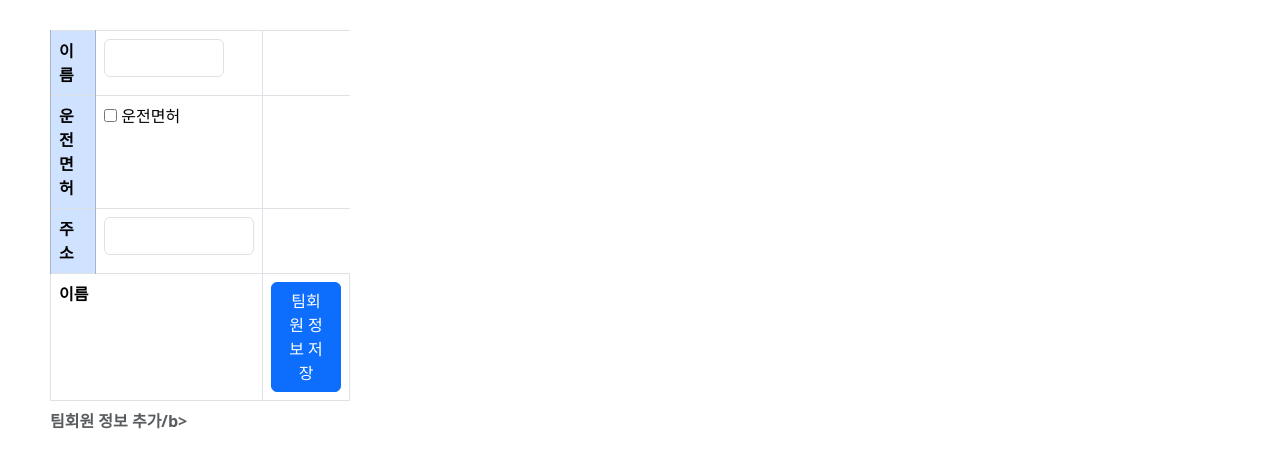
Repository: jini8293/Sist_04
Page: http://localhost/jspProject/team/addForm.jsp
The author's editor kept a copy of each file at every save. The page is drawn from the files as they stood at one save, then again after the next save.
The browser window is 1280 px wide. The pictures show the whole page.
Some web fonts or font styles are not loaded; a fallback is used. The page is served by Tomcat 9.

Above is the page before, as saved 2024-03-06 01:37:38.

After the next save:
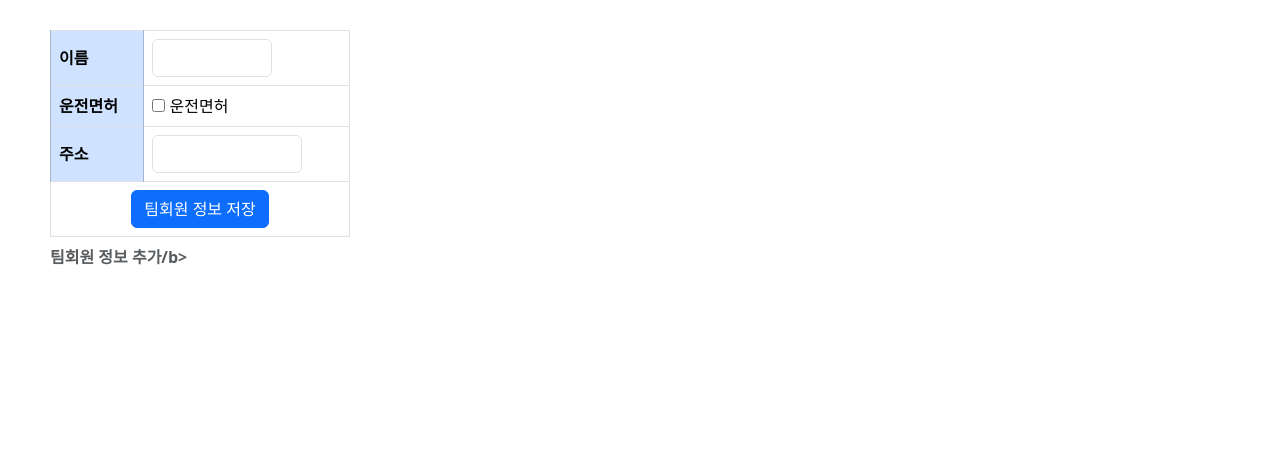
Saved 15 s later.
--- a/jspwork/jspProject/src/main/webapp/team/addForm.jsp
+++ b/jspwork/jspProject/src/main/webapp/team/addForm.jsp
@@ -41,8 +41,7 @@
 				</tr>
 
 				<tr>
-					<th colspan="2" align="center">이름</th>
-					<td>
+					<td colspan="2" align="center">
 						<button type="submit" class="btn btn-primary">팀회원 정보 저장</button>
 					</td>
 				</tr>
